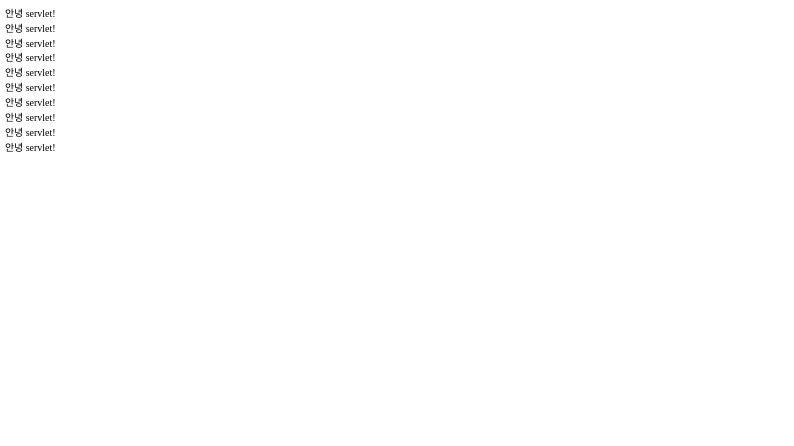
Repository: water-case/Servlet_JSP_JSPMVC
Page: http://localhost/JSPPrj/nana.jsp
The author's editor kept a copy of each file at every save. The page is drawn from the files as they stood at one save, then again after a run of saves.
The browser window is 1280 px wide. The pictures show the whole page, at 62% of full size.
The page is served by Tomcat 9.

Above is the page before, as saved 2021-08-26 07:16:45.

After the next 2 saves:
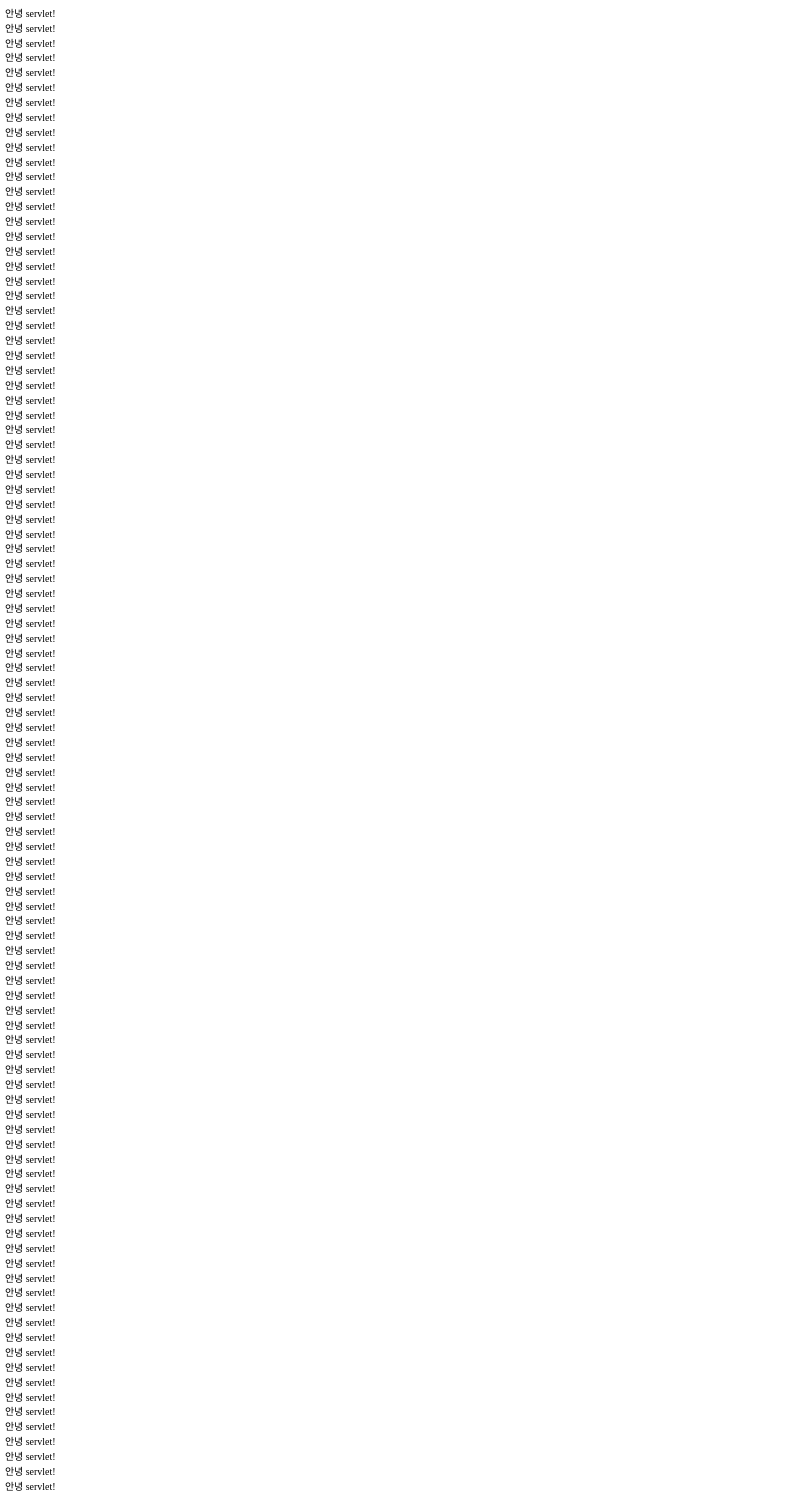
The 2 saves are shown as one change because they came seconds apart.
The last was saved 90 s later.
--- a/workspace/JSPPrj/src/main/webapp/nana.jsp
+++ b/workspace/JSPPrj/src/main/webapp/nana.jsp
@@ -1,7 +1,13 @@
 <%@ page language="java" contentType="text/html; charset=UTF-8"
     pageEncoding="UTF-8"%>
 
+<%
+String cnt_ = request.getParameter("cnt");
 
+int cnt = 100;
+if(cnt_ != null && !cnt_.equals(""))
+	cnt = Integer.parseInt(cnt_);
+%>
 
 <!DOCTYPE html>
 <html>
@@ -10,7 +16,7 @@
 <title>Insert title here</title>
 </head>
 <body>
-	<% for (int i = 0; i < 10; i++) { %>
+	<% for (int i = 0; i < cnt; i++) { %>
 		안녕 servlet!<br>
 	<%} %>
 </body>
